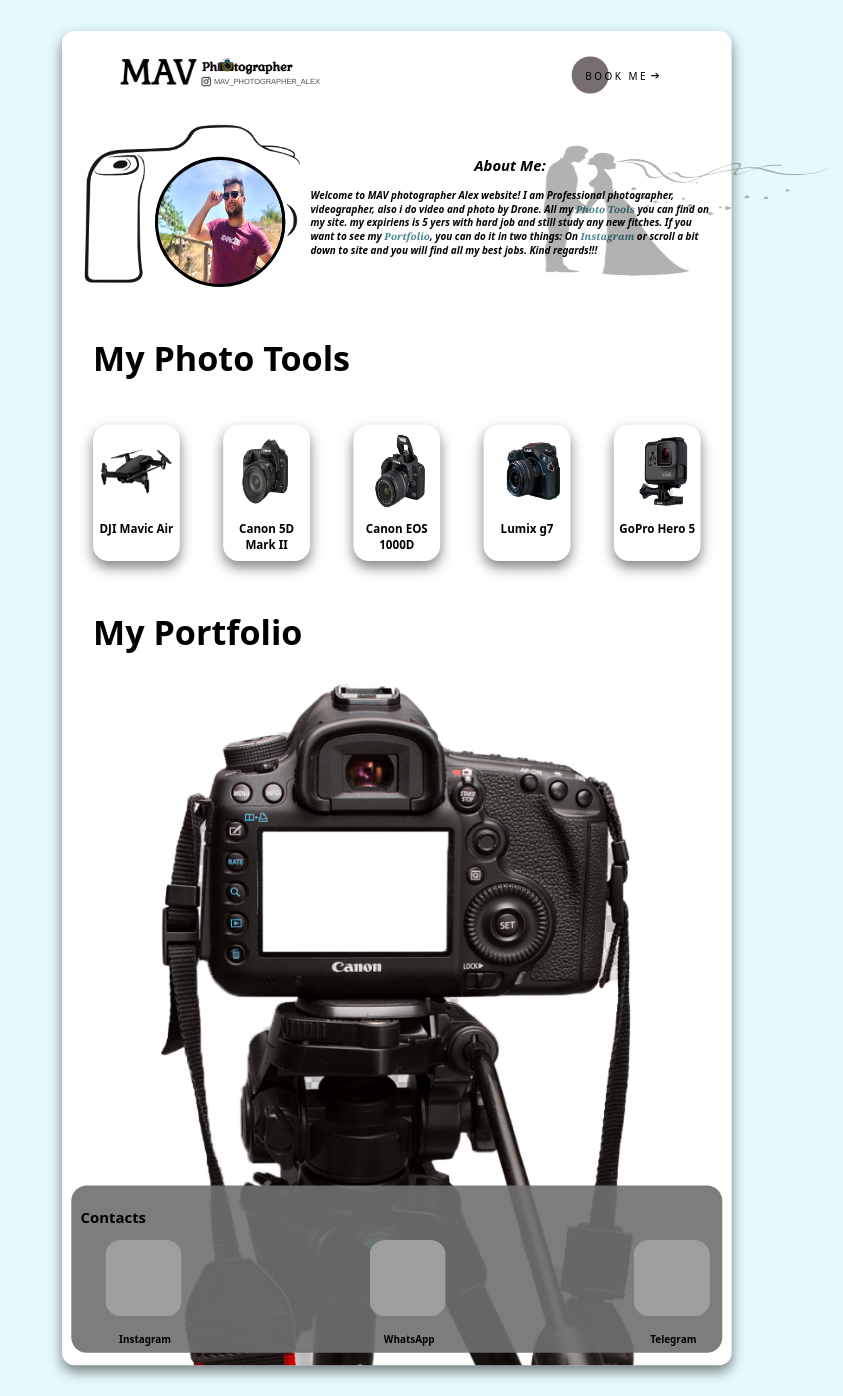
Repository: Dekabrist94/MAV
Page: /
An editor plug-in stored every save of this project. The page is shown before and after the next save, followed by the edit.
The browser window is 1280 px wide. The page is 1360 px wide, so the pictures cover 1360 px, including what lies to the right of the window. The pictures show the whole page, at 62% of full size.
Pictures or frames that could not be fetched are drawn as grey boxes. The project was rebuilt for these pictures with package versions that can differ from the ones it lists, and the page was loaded fresh each time.

Above is the page before, as saved 2023-03-11 17:49:43.

After the next save:
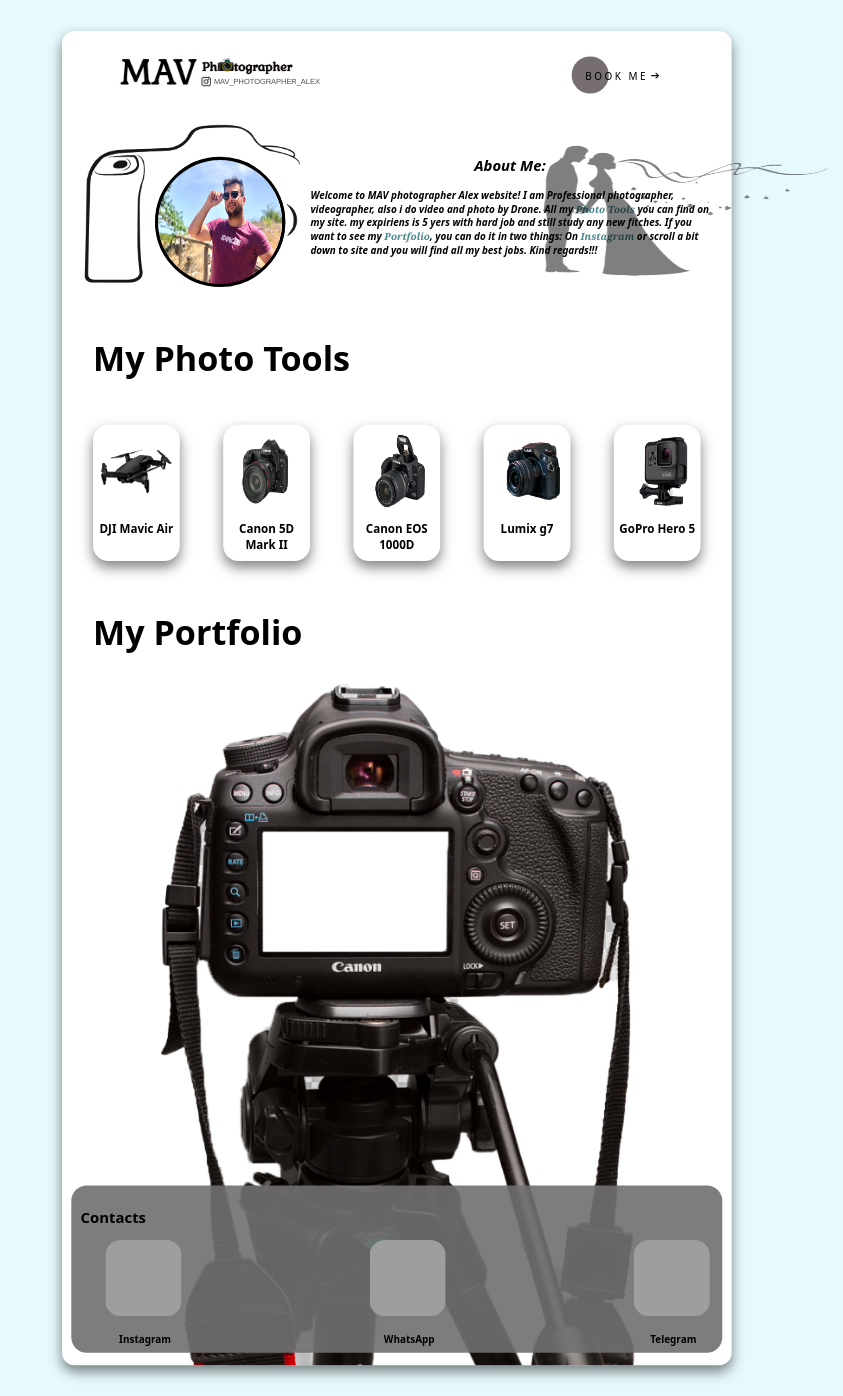
Saved 4 s later.
--- a/src/index.scss
+++ b/src/index.scss
@@ -82,7 +82,7 @@
 .bride {
   position: absolute;
   left: 610px;
-  opacity: 0.3;
+  opacity: 0.5;
 }
 .camera {
   top: -50px;
